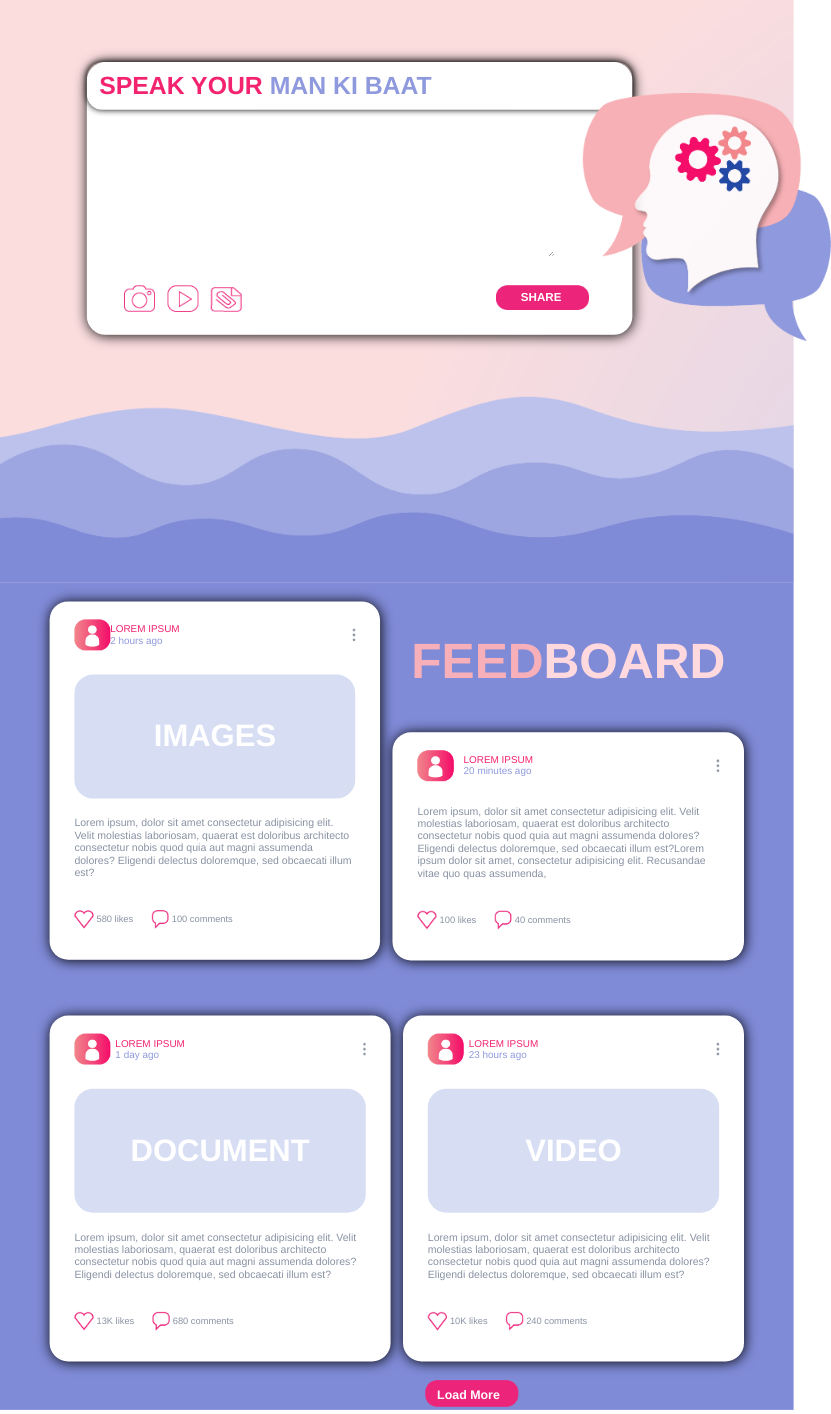
Repository: hemantsaini-7/FeedBoardMKB
Page: /
An editor plug-in stored every save of this project. The page is shown before and after the next save, followed by the edit.
The browser window is 1280 px wide. The page is 1340 px wide, so the pictures cover 1340 px, including what lies to the right of the window. The pictures show the whole page, at 62% of full size.
The project was rebuilt for these pictures with package versions that can differ from the ones it lists, and the page was loaded fresh each time.

Above is the page before, as saved 2020-07-30 20:15:27.

### src/App.js
import React from "react";
import Upper from "./components/Upper";
import Bottom from "./components/Bottom";
import "./style.css";
import "./media.css";

function App() {
  return (
    <div>
      <Upper />
      <Bottom />
    </div>
  );
}

export default App;

### src/components/Upper.js
import React, { Fragment } from "react";
import cameraIcon from "./assets/Images/camera-icon.png";
import videoIcon from "./assets/Images/video-icon.png";
import fileIcon from "./assets/Images/file-icon.png";
import buttonIcon from "./assets/Images/button-icon.png";
import Illustration from "./assets/Images/illustration.png";
import TextLines from "./assets/ImgMobile/textlines.png";
import Dashed from "./assets/ImgMobile/dashed.png";
import ImgIcon from "./assets/ImgMobile/imageicon.png";
import VidIcon from "./assets/ImgMobile/videoicon.png";
import DocIcon from "./assets/ImgMobile/docicon.png";
import MobIll from "./assets/ImgMobile/mob-ill.png";
import Header from "./Header";

function Upper() {
  return (
    <Fragment>
      <Header />
      <div className='upper'>
        <div className='top-block'>
          <h1 className='upper-head'>
            SPEAK YOUR <span className='mkbspan'>MAN KI BAAT</span>
          </h1>
          <div className='input-div'>
            <textarea id='text' className='input-field'></textarea>
          </div>
          <div className='icons'>
            <img src={cameraIcon} alt='' />
            <img src={videoIcon} alt='' />
            <img src={fileIcon} alt='' className='fileicon' />
            <div className='share-btn'>
              <h3>SHARE</h3>
              <img src={buttonIcon} alt='' className='btnicon' />
            </div>
          </div>
        </div>
        <div className='right-img'>
          <img src={Illustration} alt='' />
        </div>

        <div className='waves'></div>
      </div>
      <div className='mobile-upper'>
        <div className='upper-mob'>
          <h1 className='upper-tophead'>
            Share Your <span style={{ color: "#626fcf" }}>Man Ki Baat</span>
          </h1>
          <img src={TextLines} alt='' className='textlines' />
          <div className='sharing'>
            <img src={Dashed} alt='' className='dashed' />
            <img src={ImgIcon} alt='' className='shicon imgicon' />
            <img src={VidIcon} alt='' className='shicon vidicon' />
            <img src={DocIcon} alt='' className='shicon docicon' />
            <p className='para-mob'>
              Upload your images, videos or documents here
            </p>
          </div>
          <button className='btn-share'>Share Now!</button>
        </div>
        <img src={MobIll} className='mob-right-img' alt='' />
      </div>
    </Fragment>
  );
}

export default Upper;

### src/components/Bottom.js
import React, { Fragment } from "react";
import buttonIcon from "./assets/Images/button-icon.png";
import PostBlockOne from "./PostBlockOne";
import PostBlockTwo from "./PostBlockTwo";
import PostBlockThree from "./PostBlockThree";
import PostBlockFour from "./PostBlockFour";
import Footer from "./Footer";

function Bottom() {
  return (
    <Fragment>
      <div className='bottom'>
        <div className='b-content'>
          <div className='b-upper'>
            <PostBlockOne />
            <PostBlockTwo />
          </div>
          <div className='b-lower'>
            <PostBlockThree />
            <PostBlockFour />
          </div>
        </div>
        <div className='bottom-btn'>
          <img src={buttonIcon} className='btnimg' alt='' />
          <a href='#' className='btn-bottom'>
            Load More
          </a>
        </div>
      </div>
      <Footer />
    </Fragment>
  );
}

export default Bottom;

### src/style.css
body {
  margin: 0px auto;
  overflow-x: hidden;
}
.upper {
  background: url("./components/assets/Images/bck1.png");
  position: relative;
  padding-top: 100px;
  margin: 0px;
}

.waves {
  background: url("./components/assets/Images/waves.png") center no-repeat;
  background-size: cover;
  width: 100%;
  height: 300px;
}

.mkbspan {
  color: #8f99dd;
}
.btnicon {
  width: 150px !important;
  height: 40px;
}
.fileicon {
  width: 50px;
  height: 40px;
}
.addpara {
  color: white;
  font-weight: bold;
  margin-top: 70px;
  font-size: 50px;
  text-align: center;
  font-family: Helvetica, sans-serif;
}
.btniconstyle {
  height: 40px;
  display: flex;
  margin: auto;
}
.newhead {
  color: #ffd9de;
}
.top-block {
  position: relative;
  background-color: #fff;
  box-shadow: 1px 1px 20px #000;
  padding: 20px 40px;
  display: flex;
  flex-direction: column;
  border-radius: 30px;
  width: 800px;
  height: 400px;
  margin: 0px 140px;
  margin-bottom: 100px;
}

.right-img img {
  z-index: 100;
  position: absolute;
  width: 400px;
  height: 400px;
  top: 150px;
  left: 940px;
}
.upper-head {
  border-radius: 25px;
  box-shadow: 0px 0px 10px 0px #000;
  padding: 16px 20px;
  width: 840px;
  font-family: Helvetica, sans-serif;
  color: #f3236f;
  font-size: 40px;
  z-index: 100;
  position: absolute;
  top: -27px;
  left: 0px;
}

.icons {
  position: absolute;
  top: 300px;
  margin-top: 60px;
}
.icons img {
  cursor: pointer;
  margin-left: 20px;
  width: 50px;
}
.share-btn {
  position: absolute;
  cursor: pointer;
  top: 0px;
  left: 600px;
}
.share-btn h3 {
  position: absolute;
  top: -10px;
  left: 60px;
  color: #fff;
  font-family: Helvetica, sans-serif;
}
.input-field {
  position: absolute;
  top: 150px;
  left: 50px;
  height: 160px;
  width: 700px;
  font-size: 18px;
  border: 0;
  color: #8992a3;
}
.input-field:focus {
  outline: none;
}
/* !@###############################!@#@#@!#@!#@!#@!!!!!!!!1111111 */

.bottom {
  background: url("./components/assets/Images/bck2.png") no-repeat center;
  background-size: cover;
  margin: 0px;
  font-family: Helvetica, sans-serif;
}
.b-content {
  margin-top: 0px;
  display: grid;
  grid-template-columns: 1fr;
  grid-gap: 30px;
}
.b-upper,
.b-lower {
  margin: 30px 80px;
  display: grid;
  grid-template-columns: repeat(2, 1fr);
  grid-gap: 20px;
}
.block {
  background-color: #fff;
  box-shadow: 1px 1px 20px #000;
  padding: 20px 40px;
  display: flex;
  flex-direction: column;
  border-radius: 30px;
}

.feedboard-title {
  font-family: Helvetica, sans-serif;
  color: #f7b0b9;
  font-size: 5rem;
  text-align: center;
  margin: 30px;
  margin-top: 50px;
}
.head-block {
  display: flex;
  justify-content: space-between;
  align-items: center;
}
.head-block p {
  color: #f3236f;
}
.block-content {
  color: #8992a3;
  font-weight: 400;
  font-size: 17px;
  margin-top: 30px;
}
.block-bottom {
  display: flex;
  margin-top: 20px;
  margin-left: -30px;
}
.like {
  cursor: pointer;
  height: 30px;
  margin: 30px;
}
.comment {
  cursor: pointer;
  height: 30px;
  margin: 30px;
}
.textl {
  color: #8992a3;
  font-size: 15px;
  margin-top: 35px;
  margin-left: -25px;
}
.profile-icon {
  cursor: pointer;
  height: 50px;
}
.dots {
  cursor: pointer;
  height: 20px;
}
.video-div {
  margin-top: 30px;
  height: 200px;
  border-radius: 30px;
  background-color: #d7def4;
}
.document-div {
  margin-top: 30px;
  height: 200px;
  border-radius: 30px;
  background-color: #d7def4;
}
.images-div {
  margin-top: 30px;
  height: 200px;
  border-radius: 30px;
  background-color: #d7def4;
}
.head-head {
  margin-left: -280px;
}
.btnimg {
  position: relative;
  top: 0px;
  left: 686px;
  width: 150px;
}
.btn-bottom {
  position: absolute;
  font-size: 20px;
  font-weight: bold;
  text-decoration: none;
  color: #fff;
  position: relative;
  left: 525px;
  top: -13px;
  padding: 20px 30px;
}
.inner-block {
  position: relative;
  top: 39px;
}
.commentSection {
  display: none;
}

.fbfooter {
  display: none;
}
.headerMob {
  display: none;
}
.mobile-upper {
  display: none;
}

### src/media.css
@media (max-width: 768px) {
  * {
    font-family: Helvetica, sans-serif;
  }
  .mobile-upper {
    background-color: #e7e8fa;
    display: block;
    margin-top: 100px;
    padding-top: 10px;
  }
  .upper {
    display: none;
  }
  .bottom {
    overflow: hidden;
    margin: 0px;
  }

  .b-upper,
  .b-lower {
    margin: 30px 0px;
    display: grid;
    grid-template-columns: 1fr;
  }
  .b-lower {
    margin-bottom: 150px;
  }
  .textl {
    color: #8992a3;
    font-size: 15px;
    margin-top: 35px;
    margin-left: -25px;
  }
  .block {
    margin: 0 30px;
  }
  .head-head {
    margin-left: -140px;
  }
  .btn-bottom {
    display: none;
  }
  .inner-block {
    position: relative;
    top: 50px;
  }
  .feedboard-title {
    font-size: 4rem;
    margin-top: 50px;
    margin-bottom: 0px;
  }
  /* havdshsgdhghjdahkjsahjkdbhkaslkdm */

  body {
    overflow: visible;
  }

  .header-img {
    top: 74px;
    left: 19px;
    width: 455px;
    height: 70px;
  }

  .top-block {
    width: 370px;
    height: 400px;
    margin: 0px 20px;
  }

  .right-img img {
    top: 600px;
    left: 40px;
  }
  .upper-head {
    width: 410px;
    font-size: 30px;
    top: -24px;
  }

  .icons {
    margin-top: 80px;
  }
  .icons img {
    margin-left: 10px;
    width: 40px;
  }
  .share-btn {
    top: 0px;
    left: 240px;
  }
  .share-btn h3 {
    top: -10px;
    left: 40px;
  }
  .input-field {
    width: 360px;
  }

  .waves {
    display: none;
    margin-top: 500px;
  }

  /* hdjhsjdksajdla;s */
  .commentSection {
    display: flex;
  }
  .cinput {
    border: 0;
    margin-left: 10px;
  }
  .cinput:focus {
    outline: none;
  }
  .cicon {
    height: 40px;
  }
  .csend {
    cursor: pointer;
    margin-left: 100px;
    height: 20px;
    margin-top: 10px;
  }
  /* shdghjsdhksjhds */

  .fbfooter {
    display: block;
    width: 100%;
    position: fixed;
    color: #fff;
    bottom: 0;
    margin: -30px;
  }
  .headerMob {
    display: flex;
    background-color: #fff;
    justify-content: space-between;
    box-shadow: 1px 1px 10px #000;
    width: 100%;
    position: fixed;
    padding: 10px 0;
    color: #fff;
    top: 0;
    height: 60px !important;
    z-index: 1000000;
  }
  .footerImg {
    height: 180px;
    width: 110%;
  }
  .fbhamburger {
    height: 33px;
    margin-top: 15px;
    margin-right: 10px;
    cursor: pointer;
  }
  .fblogo {
    height: 70px;
    margin-top: 0px;
    margin-left: 10px;
    cursor: pointer;
  }
  .fbhead2 {
    color: #f7b0b5;
  }
  .fbhead {
    margin-top: 7px;
    font-family: Helvetica, sans-serif;
    font-weight: 900;
    font-size: 35px;
    color: #ed257a;
  }
  .fhome {
    cursor: pointer;
    position: relative;
    bottom: -130px;
    left: 50px;
    height: 35px;
  }
  .fsearch {
    cursor: pointer;
    position: relative;
    bottom: -130px;
    left: 100px;
    height: 35px;
  }
  .fmain {
    cursor: pointer;
    position: relative;
    bottom: -135px;
    left: 139px;
    height: 90px;
  }
  .fsettings {
    cursor: pointer;
    position: relative;
    bottom: -130px;
    left: 180px;
    height: 35px;
  }
  .ficon {
    cursor: pointer;
    position: relative;
    bottom: -130px;
    left: 220px;
    height: 35px;
  }

  /* sdfghjsdkjsdhf. */
  .upper-mob {
    background-color: #fff;
    margin: 30px;
    border-radius: 20px;
    box-shadow: 1px 1px 20px #000;
    padding: 20px 30px;
    display: flex;
    flex-direction: column;
    align-items: center;
    justify-content: center;
  }
  .textlines {
    width: 100%;
  }
  .dashed {
    width: 100%;
    margin-top: 50px;
  }
  .shicon {
    cursor: pointer;
    width: 60px;
    position: relative;
    top: -130px;
    left: 60px;
  }
  .vidicon {
    margin-left: 30px;
  }
  .docicon {
    margin-left: 30px;
    height: 54px;
    width: 55px;
  }
  .para-mob {
    position: relative;
    top: -120px;
    left: 30px;
    font-size: 15px;
    font-weight: 500;
    color: #a1a8e2;
  }
  .btn-share {
    cursor: pointer;
    border: 0;
    border-radius: 15px;
    padding: 10px 30px;
    color: #fff;
    background-color: #626fcf;
    font-size: 16px;
    margin-top: -50px;
    margin-left: -200px;
  }
  .mob-right-img {
    position: relative;
    top: -90px;
    left: 250px;
    height: 200px;
  }
  .upper-tophead {
    color: #ed257a;
    font-weight: 780;
  }
  .bottom {
    background: url("");
    background-color: #e7e8fa;
    margin: 0px;
    font-family: Helvetica, sans-serif;
  }
  .feedboard-title {
    display: none;
  }
}

### src/components/Header.js
import React from "react";
import Logo from "./assets/ImgMobile/logo.png";
import Hamburger from "./assets/ImgMobile/hamburger.png";

function Header() {
  return (
    <header className='headerMob'>
      <img src={Logo} alt='' className='fblogo' />
      <h1 className='fbhead'>
        Feed<span className='fbhead2'>Board</span>
      </h1>
      <img src={Hamburger} alt='' className='fbhamburger' />
    </header>
  );
}

export default Header;

### src/components/PostBlockOne.js
import React from "react";
import profileIcon from "./assets/Images/profile-icon.png";
import dots from "./assets/Images/dots.png";
import likeIcon from "./assets/Images/like-icon.png";
import commentIcon from "./assets/Images/comment-icon.png";
import CIcon from "./assets/ImgMobile/cicon.png";
import CSend from "./assets/ImgMobile/csend.png";
function PostBlockOne() {
  return (
    <div className='block block-1'>
      <div className='head-block'>
        <img src={profileIcon} alt='' className='profile-icon' />
        <p className='head-head'>
          LOREM IPSUM <br />
          <span className='mkbspan'> 2 hours ago </span>
        </p>
        <img src={dots} alt='' className='dots' />
      </div>
      <div className='images-div'>
        <p className='addpara'>IMAGES</p>
      </div>
      <div className='block-content'>
        Lorem ipsum, dolor sit amet consectetur adipisicing elit. Velit
        molestias laboriosam, quaerat est doloribus architecto consectetur nobis
        quod quia aut magni assumenda dolores? Eligendi delectus doloremque, sed
        obcaecati illum est?
      </div>
      <div className='block-bottom'>
        <img src={likeIcon} alt='' className='like' />
        <p className='textl'>580 likes</p>
        <img src={commentIcon} alt='' className='comment' />
        <p className='textl'>100 comments</p>
      </div>
      <div className='commentSection'>
        <img src={CIcon} alt='' className='cicon' />
        <input
          type='text'
          placeholder='Write a comment...'
          className='cinput'
        />
        <img src={CSend} alt='' className='csend' />
      </div>
    </div>
  );
}

export default PostBlockOne;

### src/components/PostBlockTwo.js
import React from "react";
import profileIcon from "./assets/Images/profile-icon.png";
import dots from "./assets/Images/dots.png";
import likeIcon from "./assets/Images/like-icon.png";
import commentIcon from "./assets/Images/comment-icon.png";
import CIcon from "./assets/ImgMobile/cicon.png";
import CSend from "./assets/ImgMobile/csend.png";
function PostBlockTwo() {
  return (
    <div className='block-2'>
      <h1 className='feedboard-title'>
        FEED<span className='newhead'>BOARD</span>
      </h1>
      <div className='block inner-block'>
        <div className='head-block'>
          <img src={profileIcon} alt='' className='profile-icon' />
          <p className='head-head'>
            LOREM IPSUM <br />
            <span className='mkbspan'> 20 minutes ago </span>
          </p>
          <img src={dots} alt='' className='dots' />
        </div>
        <div className='block-content'>
          Lorem ipsum, dolor sit amet consectetur adipisicing elit. Velit
          molestias laboriosam, quaerat est doloribus architecto consectetur
          nobis quod quia aut magni assumenda dolores? Eligendi delectus
          doloremque, sed obcaecati illum est?Lorem ipsum dolor sit amet,
          consectetur adipisicing elit. Recusandae vitae quo quas assumenda,
        </div>
        <div className='block-bottom'>
          <img src={likeIcon} alt='' className='like' />
          <p className='textl'>100 likes</p>
          <img src={commentIcon} alt='' className='comment' />
          <p className='textl'>40 comments</p>
        </div>
        <div className='commentSection'>
          <img src={CIcon} alt='' className='cicon' />
          <input
            type='text'
            placeholder='Write a comment...'
            className='cinput'
          />
          <img src={CSend} alt='' className='csend' />
        </div>
      </div>
    </div>
  );
}

export default PostBlockTwo;

### src/components/PostBlockThree.js
import React from "react";
import profileIcon from "./assets/Images/profile-icon.png";
import dots from "./assets/Images/dots.png";
import likeIcon from "./assets/Images/like-icon.png";
import commentIcon from "./assets/Images/comment-icon.png";
import CIcon from "./assets/ImgMobile/cicon.png";
import CSend from "./assets/ImgMobile/csend.png";
function PostBlockThree() {
  return (
    <div className='block block-3'>
      <div className='head-block'>
        <img src={profileIcon} alt='' className='profile-icon' />
        <p className='head-head'>
          LOREM IPSUM <br />
          <span className='mkbspan'> 1 day ago </span>
        </p>
        <img src={dots} alt='' className='dots' />
      </div>
      <div className='document-div'>
        <p className='addpara'>DOCUMENT</p>
      </div>
      <div className='block-content'>
        Lorem ipsum, dolor sit amet consectetur adipisicing elit. Velit
        molestias laboriosam, quaerat est doloribus architecto consectetur nobis
        quod quia aut magni assumenda dolores? Eligendi delectus doloremque, sed
        obcaecati illum est?
      </div>
      <div className='block-bottom'>
        <img src={likeIcon} alt='' className='like' />
        <p className='textl'>13K likes</p>
        <img src={commentIcon} alt='' className='comment' />
        <p className='textl'>680 comments</p>
      </div>
      <div className='commentSection'>
        <img src={CIcon} alt='' className='cicon' />
        <input
          type='text'
          placeholder='Write a comment...'
          className='cinput'
        />
        <img src={CSend} alt='' className='csend' />
      </div>
    </div>
  );
}

export default PostBlockThree;

### src/components/PostBlockFour.js
import React from "react";
import profileIcon from "./assets/Images/profile-icon.png";
import dots from "./assets/Images/dots.png";
import likeIcon from "./assets/Images/like-icon.png";
import commentIcon from "./assets/Images/comment-icon.png";
import CIcon from "./assets/ImgMobile/cicon.png";
import CSend from "./assets/ImgMobile/csend.png";

function PostBlockFour() {
  return (
    <div className='block block-4'>
      <div className='head-block'>
        <img src={profileIcon} alt='' className='profile-icon' />
        <p className='head-head'>
          LOREM IPSUM <br />
          <span className='mkbspan'> 23 hours ago </span>
        </p>
        <img src={dots} alt='' className='dots' />
      </div>
      <div className='video-div'>
        <p className='addpara'>VIDEO</p>
      </div>
      <div className='block-content'>
        Lorem ipsum, dolor sit amet consectetur adipisicing elit. Velit
        molestias laboriosam, quaerat est doloribus architecto consectetur nobis
        quod quia aut magni assumenda dolores? Eligendi delectus doloremque, sed
        obcaecati illum est?
      </div>
      <div className='block-bottom'>
        <img src={likeIcon} alt='' className='like' />
        <p className='textl'>10K likes</p>
        <img src={commentIcon} alt='' className='comment' />
        <p className='textl'>240 comments</p>
      </div>
      <div className='commentSection'>
        <img src={CIcon} alt='' className='cicon' />
        <input
          type='text'
          placeholder='Write a comment...'
          className='cinput'
        />
        <img src={CSend} alt='' className='csend' />
      </div>
    </div>
  );
}

export default PostBlockFour;

### src/components/Footer.js
import React from "react";
import Home from "./assets/ImgMobile/home.png";
import Search from "./assets/ImgMobile/search.png";
import FMain from "./assets/ImgMobile/fmain.png";
import Settings from "./assets/ImgMobile/settings.png";
import CIcon from "./assets/ImgMobile/cicon.png";
import FooterImg from "./assets/ImgMobile/footerImg.png";

function Footer() {
  return (
    <div className='fbfooter'>
      <img src={Home} alt='' className='fhome' />
      <img src={Search} alt='' className='fsearch' />
      <img src={FMain} alt='' className='fmain' />
      <img src={Settings} alt='' className='fsettings' />
      <img src={CIcon} alt='' className='ficon' />
      <img src={FooterImg} className='footerImg' alt='' />
    </div>
  );
}

export default Footer;

Loaded but not shown: public/index.html (common file); src/index.js (common file); src/index.css (common file); src/serviceWorker.js (common file)

After the next save:
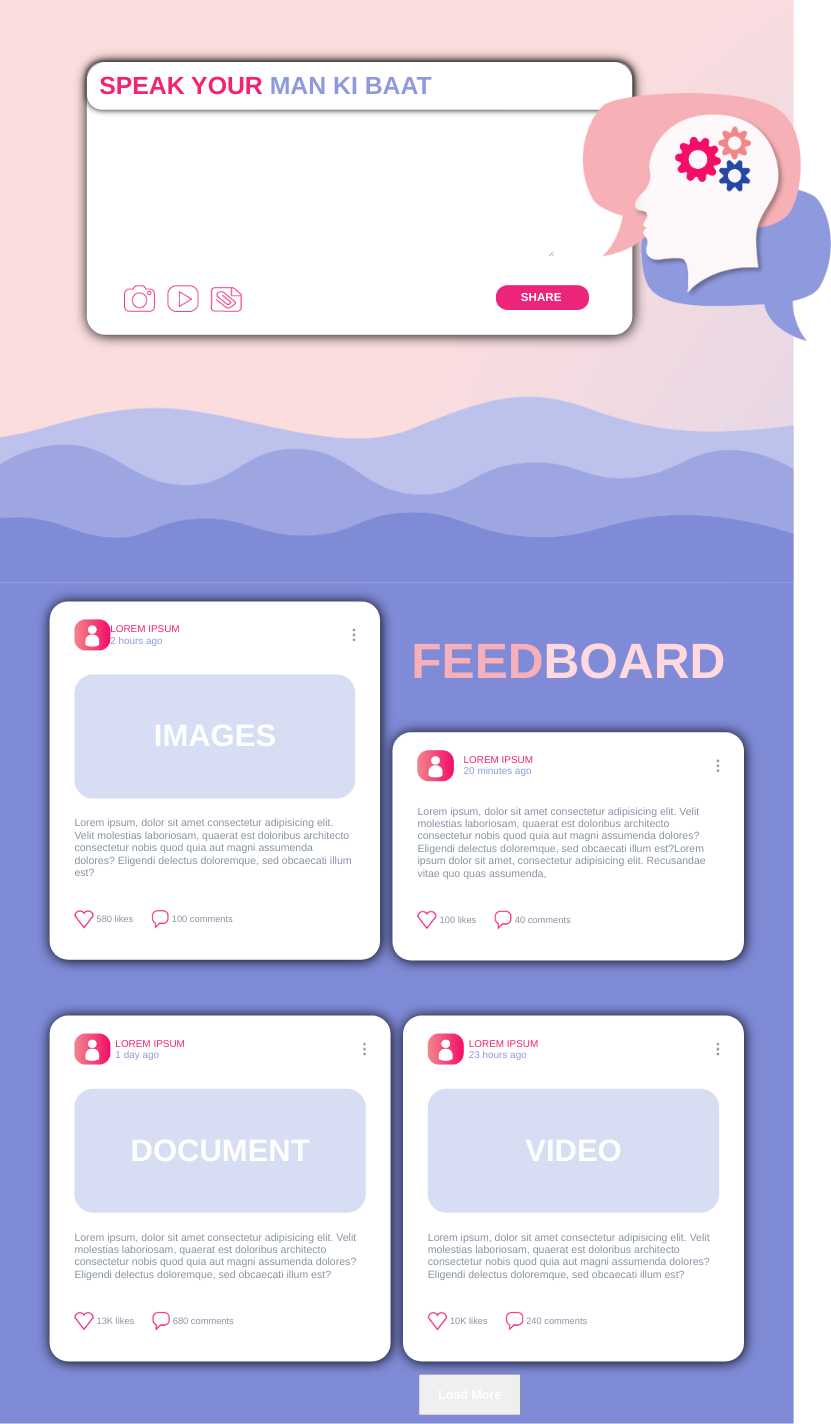
Saved 25 s later.
--- a/src/components/Bottom.js
+++ b/src/components/Bottom.js
@@ -22,9 +22,9 @@ function Bottom() {
         </div>
         <div className='bottom-btn'>
           <img src={buttonIcon} className='btnimg' alt='' />
-          <a href='#' className='btn-bottom'>
+          <button href='#' className='btn-bottom'>
             Load More
-          </a>
+          </button>
         </div>
       </div>
       <Footer />
